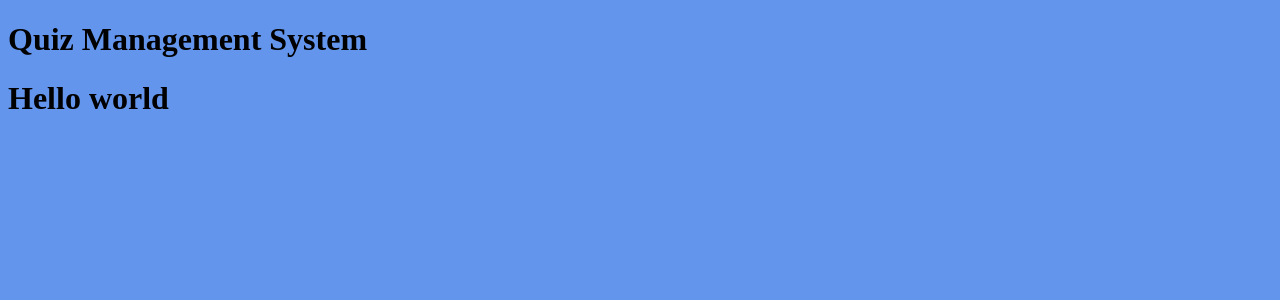
Repository: Rohitsenpai01/Quiz-Manangement-System
Page: http://localhost/WebQuizApp/
These files come from the project's save history. The page is drawn as it stood at one moment and after the next save; the edit follows.
The browser window is 1280 px wide. The pictures show the whole page.
The page is served by Tomcat 9. Other server files are loaded and not shown.

Above is the page before, as saved 2025-12-28 06:58:17.

### WebQuizApp/WebQuizApp/src/main/webapp/index.jsp
<%@ page language="java" contentType="text/html; charset=UTF-8"
    pageEncoding="UTF-8"%>
<!DOCTYPE html>
<html>
<head>
<meta charset="UTF-8">
<title>Insert title here</title>
</head>
<body bgcolor="${initParam.theme}">
	<h1>${initParam.appTitle}</h1>
	<h1>Hello world</h1>
</body>
</html>

After the next save:
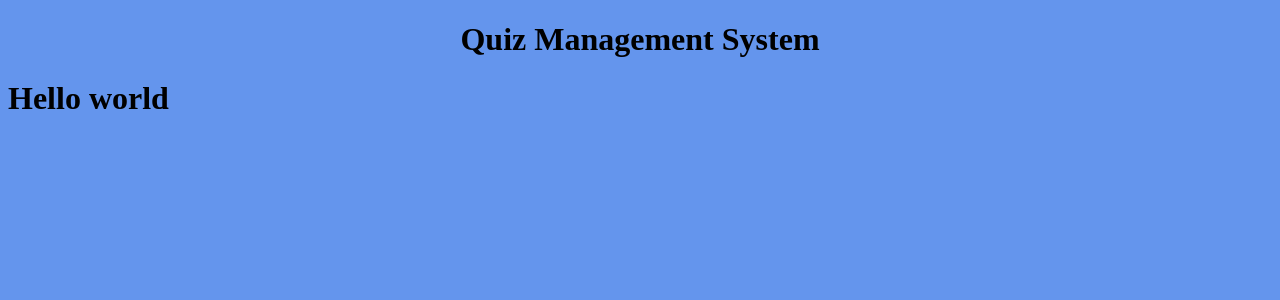
Saved 83 s later.
--- a/WebQuizApp/WebQuizApp/src/main/webapp/index.jsp
+++ b/WebQuizApp/WebQuizApp/src/main/webapp/index.jsp
@@ -7,7 +7,7 @@
 <title>Insert title here</title>
 </head>
 <body bgcolor="${initParam.theme}">
-	<h1>${initParam.appTitle}</h1>
+	<h1 style="text-align: center;">${initParam.appTitle}</h1>
 	<h1>Hello world</h1>
 </body>
 </html>
